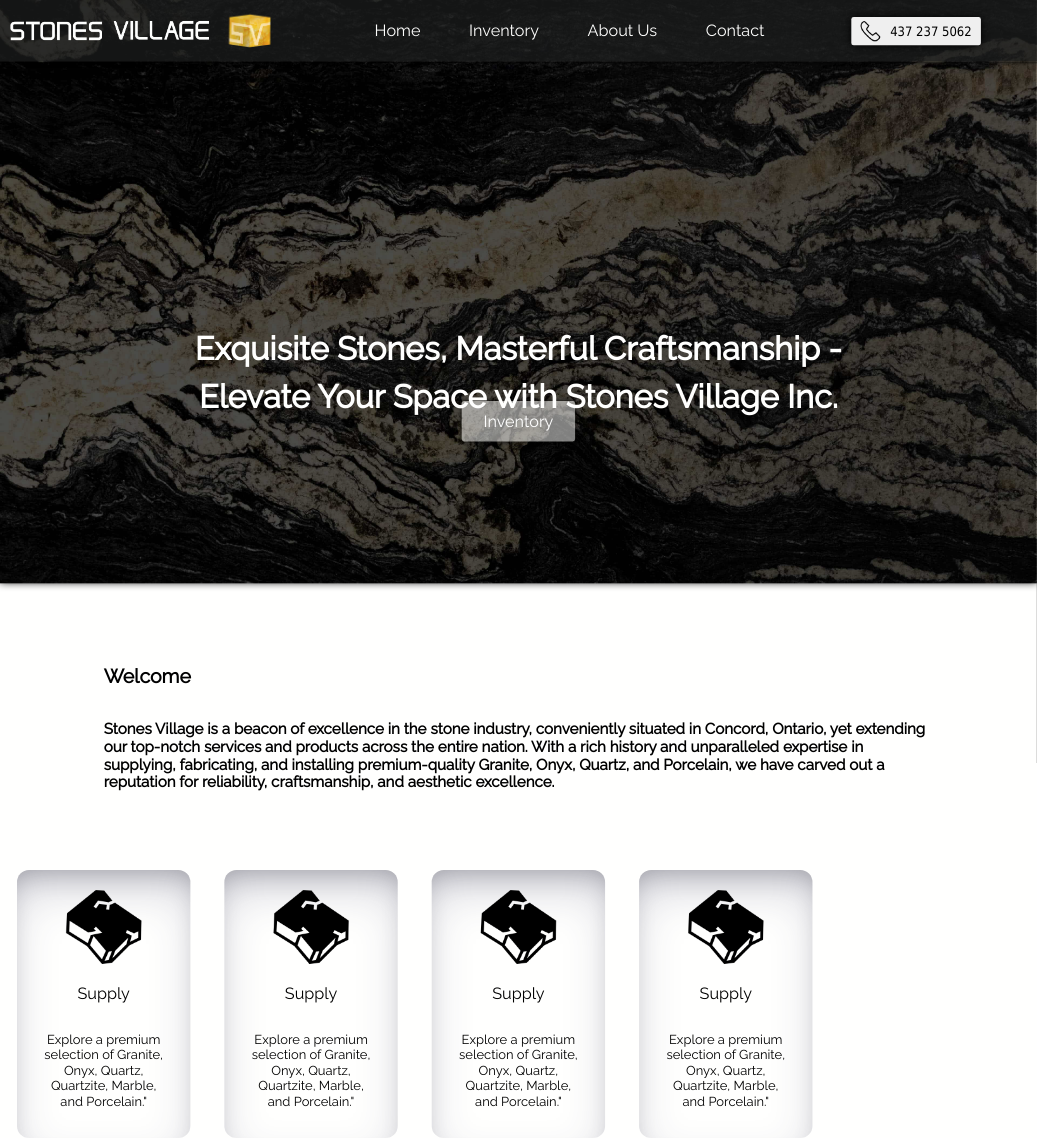
Repository: shayanabedi98/Stones-Village
Page: index.html
An editor plug-in stored every save of this project. The page is shown before and after the next save, followed by the edit.
The browser window is 1280 px wide. The pictures show the whole page, at 81% of full size.
Backgrounds fixed to the window are drawn as part of the page.

Above is the page before, as saved 2023-10-22 16:46:20.

After the next save:
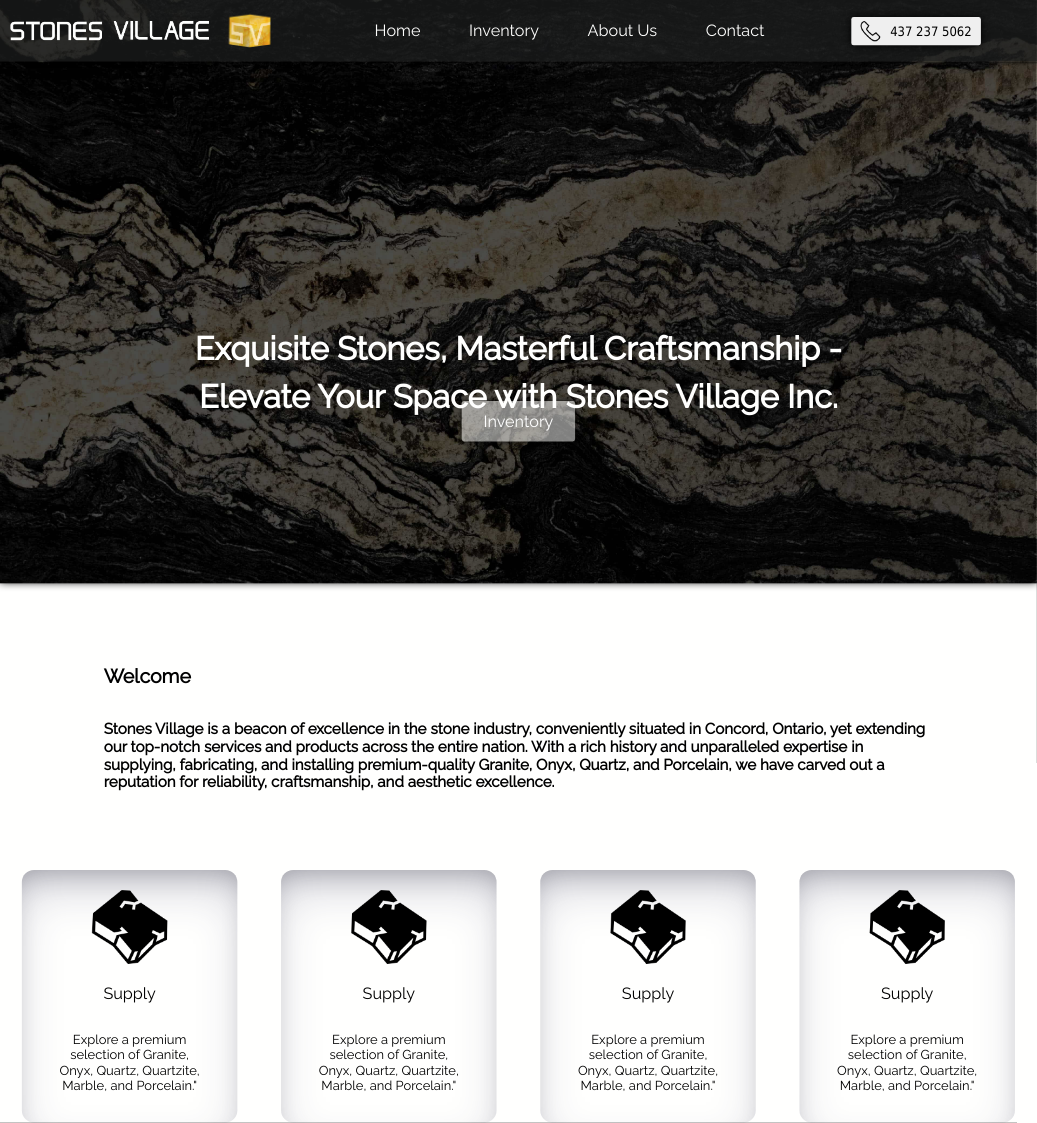
Saved 8 s later.
--- a/styles.css
+++ b/styles.css
@@ -163,7 +163,7 @@ body {
 
 .card-container {
     display: grid;
-    grid-template-columns: repeat(5, 1fr);
+    grid-template-columns: repeat(4, 1fr);
     width: 100%;
     justify-items: center;
     margin-top: 80px;
